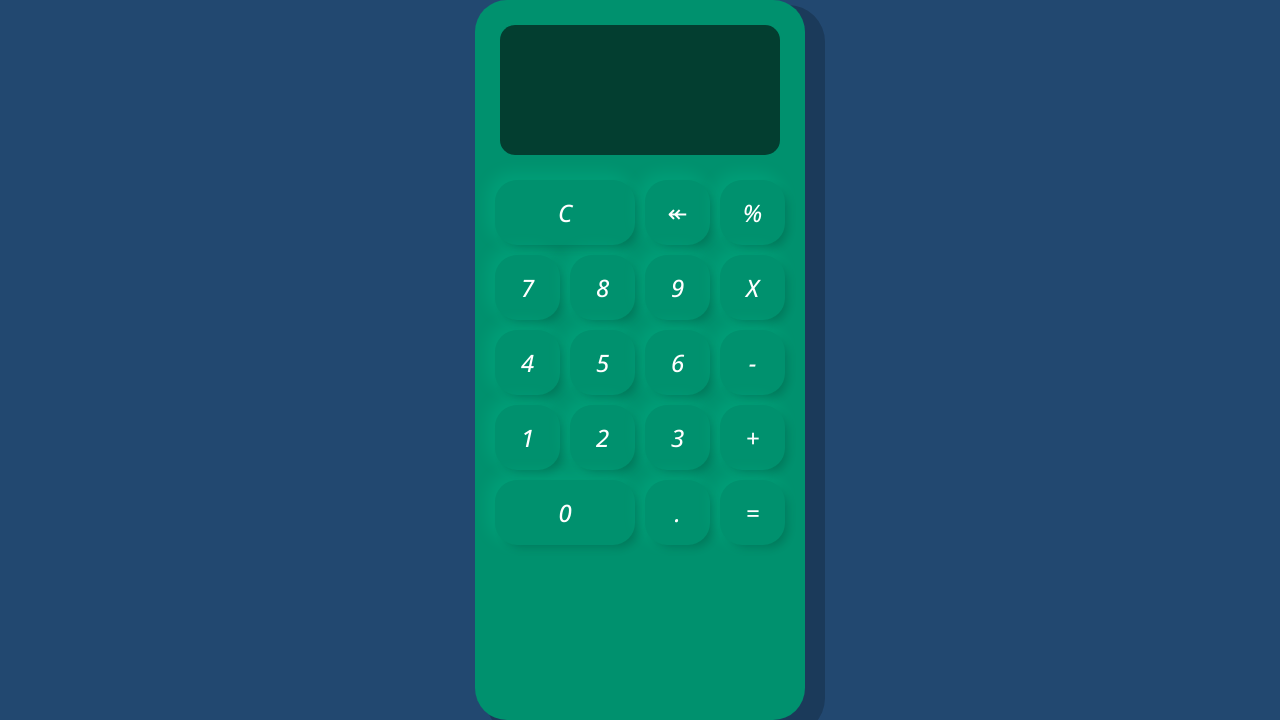
Repository: jhonenmanuel1/javaScript-calculator
Page: src/index.html
An editor plug-in stored every save of this project. The page is shown before and after the next save, followed by the edit.
The browser window is 1280 px wide. The pictures show the whole page.

Above is the page before, as saved 2022-08-03 22:18:56.

### src/index.html
<!DOCTYPE html>
<html lang="en">
  <head>
    <meta charset="UTF-8" />
    <meta http-equiv="X-UA-Compatible" content="IE=edge" />
    <meta name="viewport" content="width=device-width, initial-scale=1.0" />
    <title>JavaScript Calculator</title>
    <link href="https://fonts.googleapis.com/css2?family=Open+Sans:ital,wght@1,500&display=swap" rel="stylesheet">
    <link href="styles.css" rel="stylesheet"/>
  </head>
  <body>
    <div class="container">
      <div class="calculator">
        <div class="display">
          <div id="last-value"></div>
          <div id="actual-value"></div>
        </div>
        <button class="col-2"> C</button>
        <button>&Larr;</button>
        <button class="number">%</button>
        <button class="number">7</button>
        <button class="number">8</button>
        <button class="number">9</button>
        <button class="operator" >X</button>
        <button class="number">4</button>
        <button class="number">5</button>
        <button class="number">6</button>
        <button class="operator">-</button>
        <button class="number">1</button>
        <button class="number">2</button>
        <button class="number">3</button>
        <button class="operator">+</button>
        <button class=" col-2 number">0</button>
        <button class="number">.</button>
        <button class="operator">=</button>
      </div>
    </div>
  </body>
</html>

### src/styles.css
* {
    font-family: 'Open Sans', sans-serif;
    color: #fff;
}
body{
    margin: 0;
    background-color: #224870;
}
.container{
    display: flex;
    justify-content: center;
    height: 100vh;

}
.calculator{
    display: grid;
    grid-template-columns: repeat(4, 75px);
    grid-template-rows: 160px repeat(5, 75px);
    background-color: #00916e;
    padding: 15px;
    border-radius: 32px;
    box-shadow: 15px  10px 0px 5px #00000033;

}
button{
    cursor: pointer;
    margin: 5px;
    padding: 0;
    border-radius: 22px;
    font-size: 1.5em;
    background-color: #00916e ;
    border: none;
    box-shadow: 5px 5px 10px -3px  #00000033, -5px -5px 15px 3px #00ffc11f ;

}
button:active{
    background-color: #006f54;
}
.col-2{
    grid-column: span 2;
}
.display{
    grid-column: 1 / -1 ;
    padding: 16px;
    display: flex;
    margin: 10px 10px 20px;
    flex-direction: column;
    align-items: flex-end ;
    background-color: #033e30;
    border-radius: 15px;
    text-align: right;
    justify-content: space-between;

}
#actual-value{
    font-size: 5.5mm;
}
#last-value{
    font-size: 8.6mm;
}

After the next save:
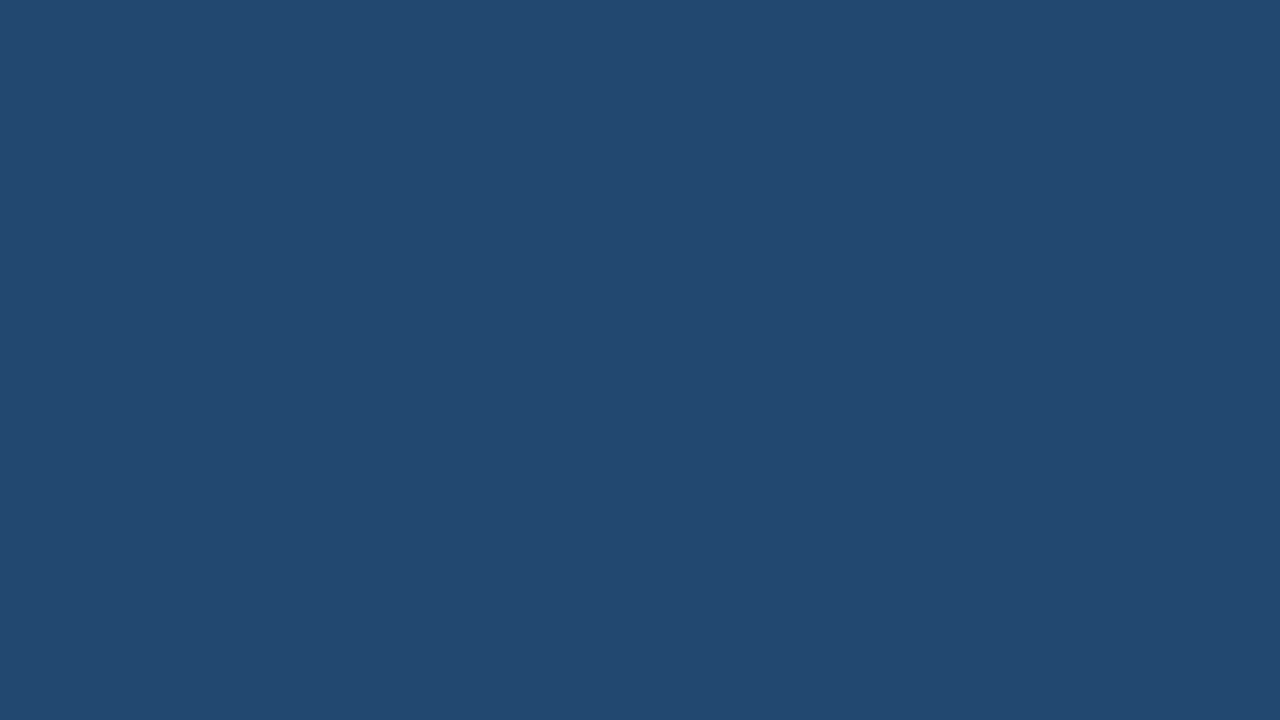
Saved 8 min 21 s later.
--- a/src/index.html
+++ b/src/index.html
@@ -7,6 +7,7 @@
     <title>JavaScript Calculator</title>
     <link href="https://fonts.googleapis.com/css2?family=Open+Sans:ital,wght@1,500&display=swap" rel="stylesheet">
     <link href="styles.css" rel="stylesheet"/>
+    <script href="Calculator.js" type="text/javascript"
   </head>
   <body>
     <div class="container">

After the save that followed:
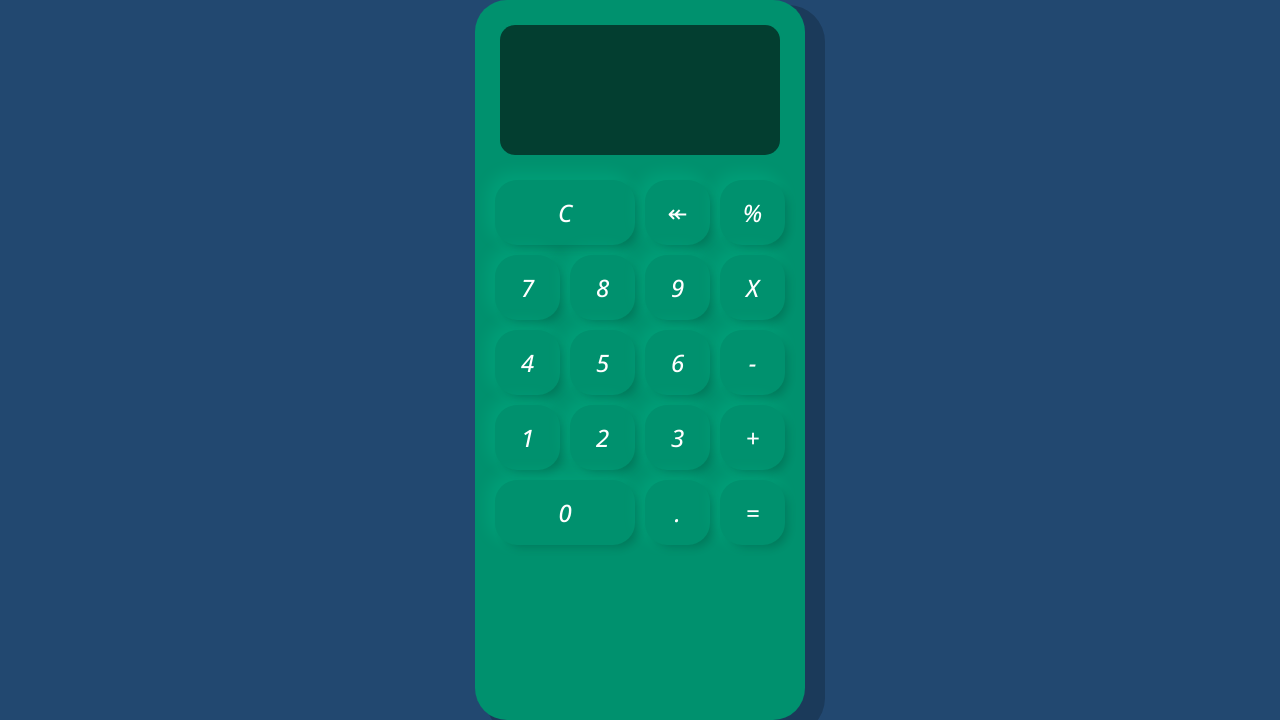
Saved 44 s later.
--- a/src/index.html
+++ b/src/index.html
@@ -7,7 +7,7 @@
     <title>JavaScript Calculator</title>
     <link href="https://fonts.googleapis.com/css2?family=Open+Sans:ital,wght@1,500&display=swap" rel="stylesheet">
     <link href="styles.css" rel="stylesheet"/>
-    <script href="Calculator.js" type="text/javascript"
+    <script href="Calculator.js" type="text/javascript" ></script>
   </head>
   <body>
     <div class="container">
